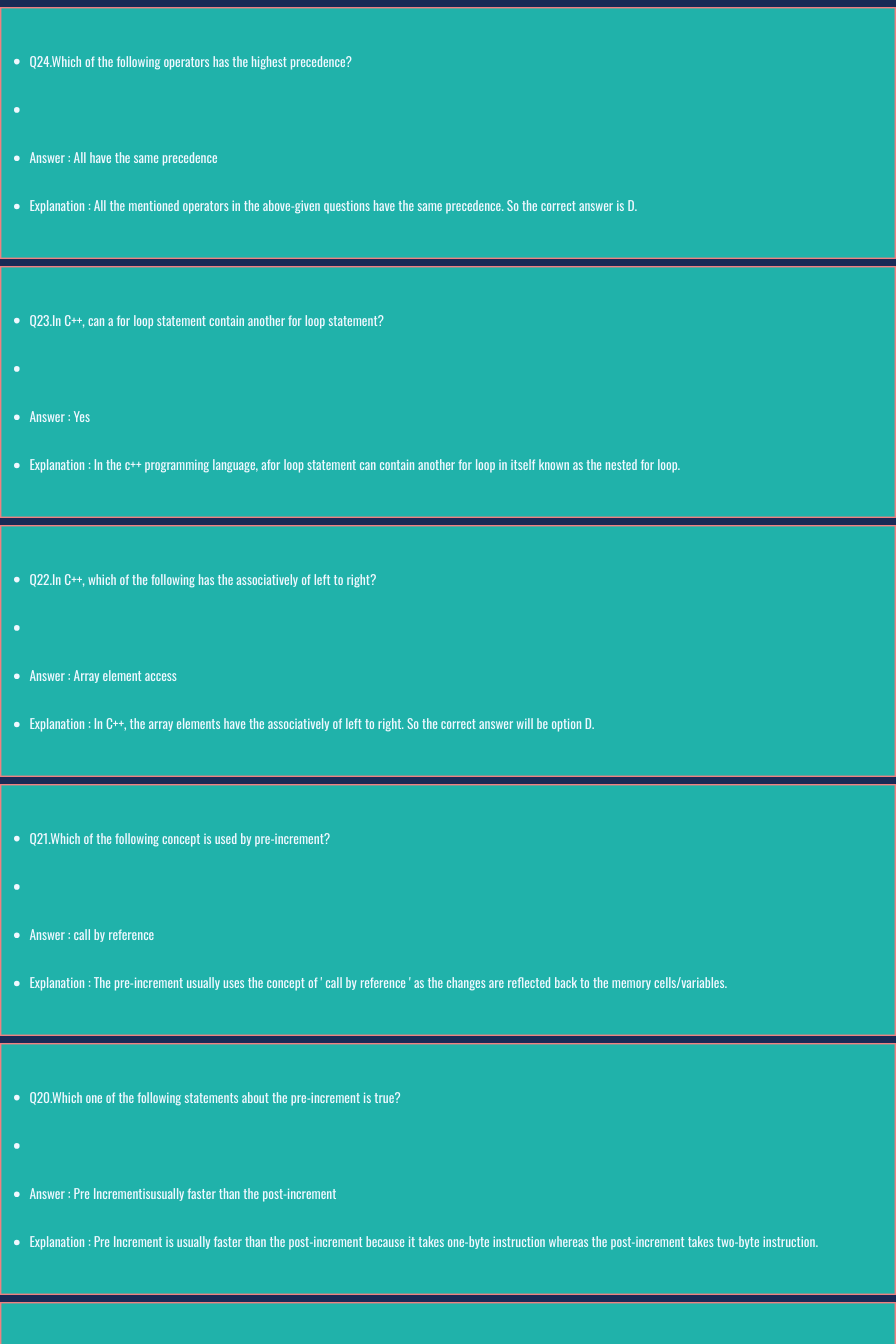
Repository: abdelrahmanahmed20021/Quiz-Platform
Page: info.html
The author's editor kept a copy of each file at every save. The page is drawn from the files as they stood at one save, then again after the next save.
The browser window is 1280 px wide. The pictures show the part of the page from y = 0 to 1920 px (the page is 12034 px tall before and 12024 px after), at 70% of full size.

Above is the page before, as saved 2023-01-11 18:18:32.

After the next save:
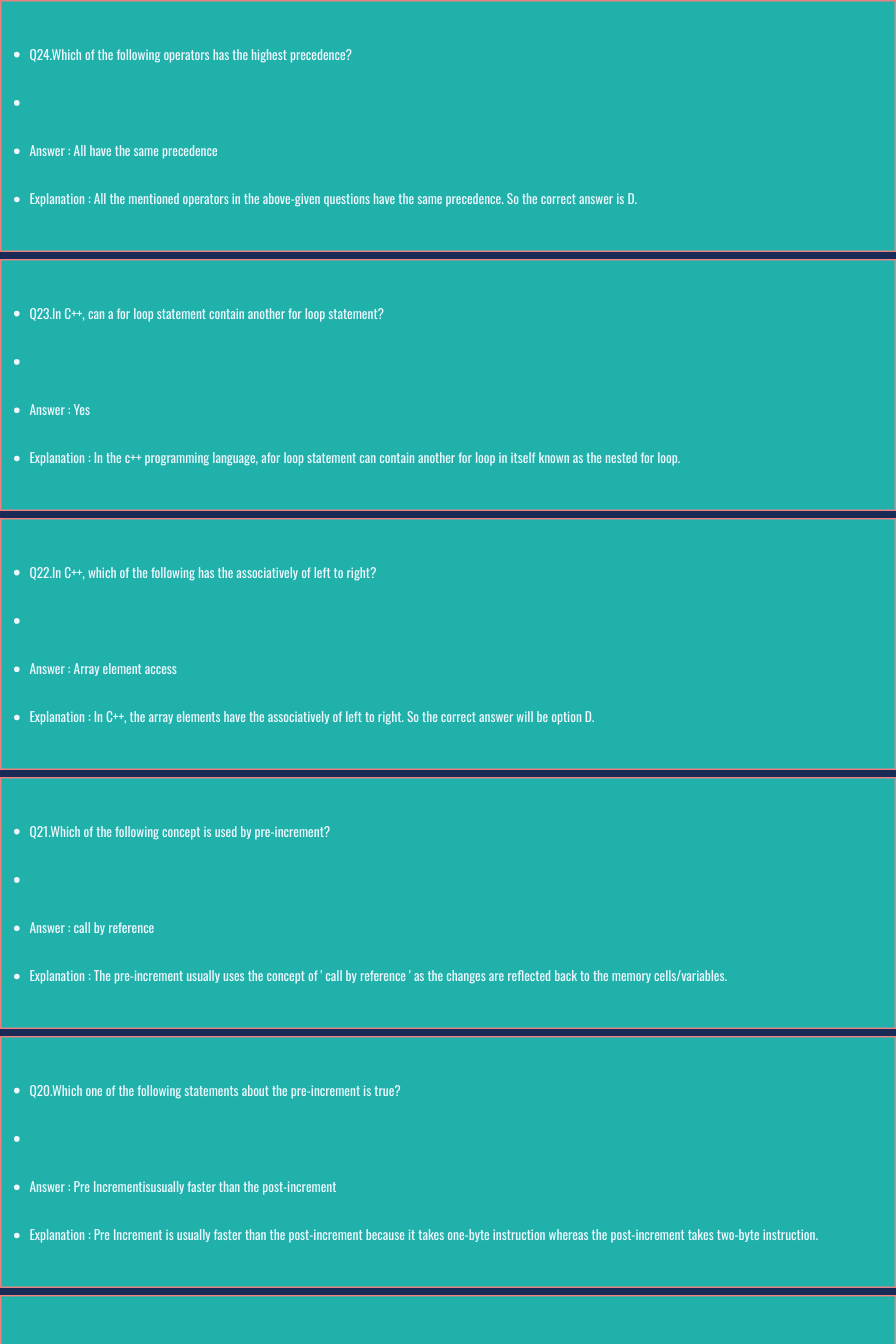
Saved 12 s later.
--- a/info.html
+++ b/info.html
@@ -16,7 +16,7 @@
                 background-color: lightseagreen;
                 font-family:  'Oswald', sans-serif;
                 border: 2px solid lightcoral;
-                margin: 10px 0;
+                margin-bottom: 10px;
             }
             .info-answers li{
                 color: aliceblue;
